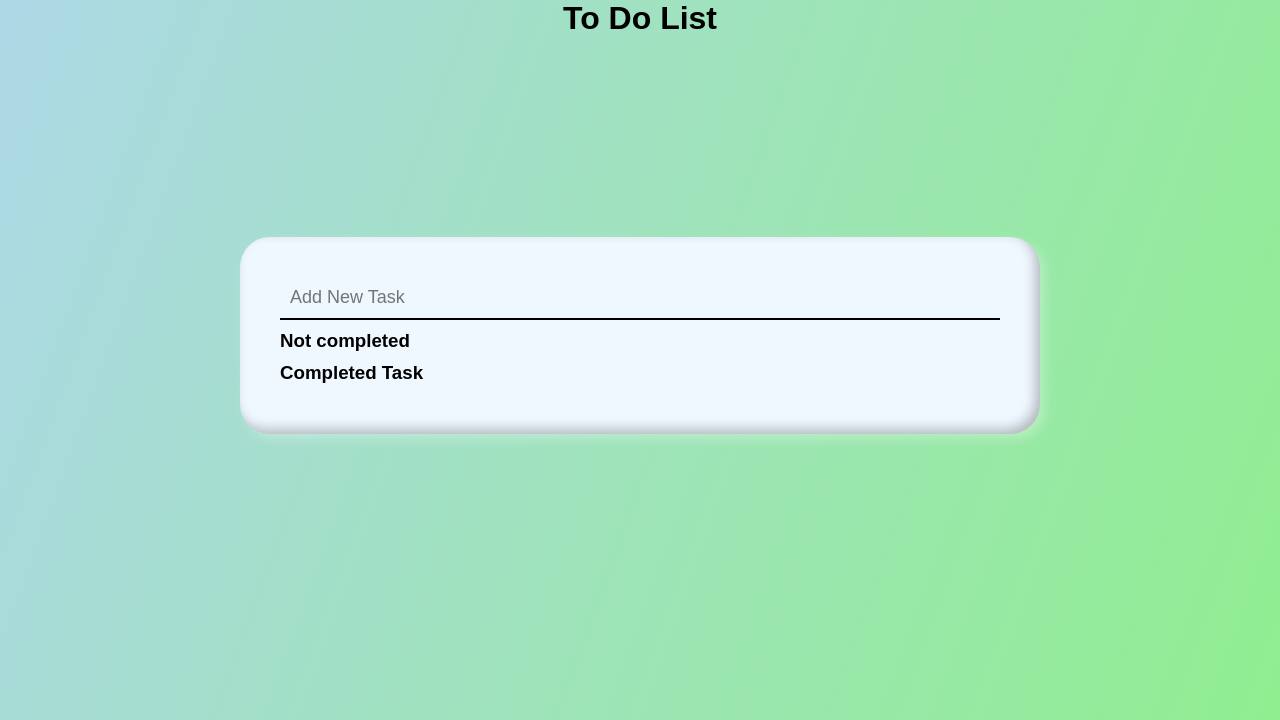
Repository: Mayur2905/OIBSIP
Page: Task-6/index.html
The author's editor kept a copy of each file at every save. The page is drawn from the files as they stood at one save, then again after the next save.
The browser window is 1280 px wide. The pictures show the whole page.

Above is the page before, as saved 2022-02-05 21:52:00.

After the next save:
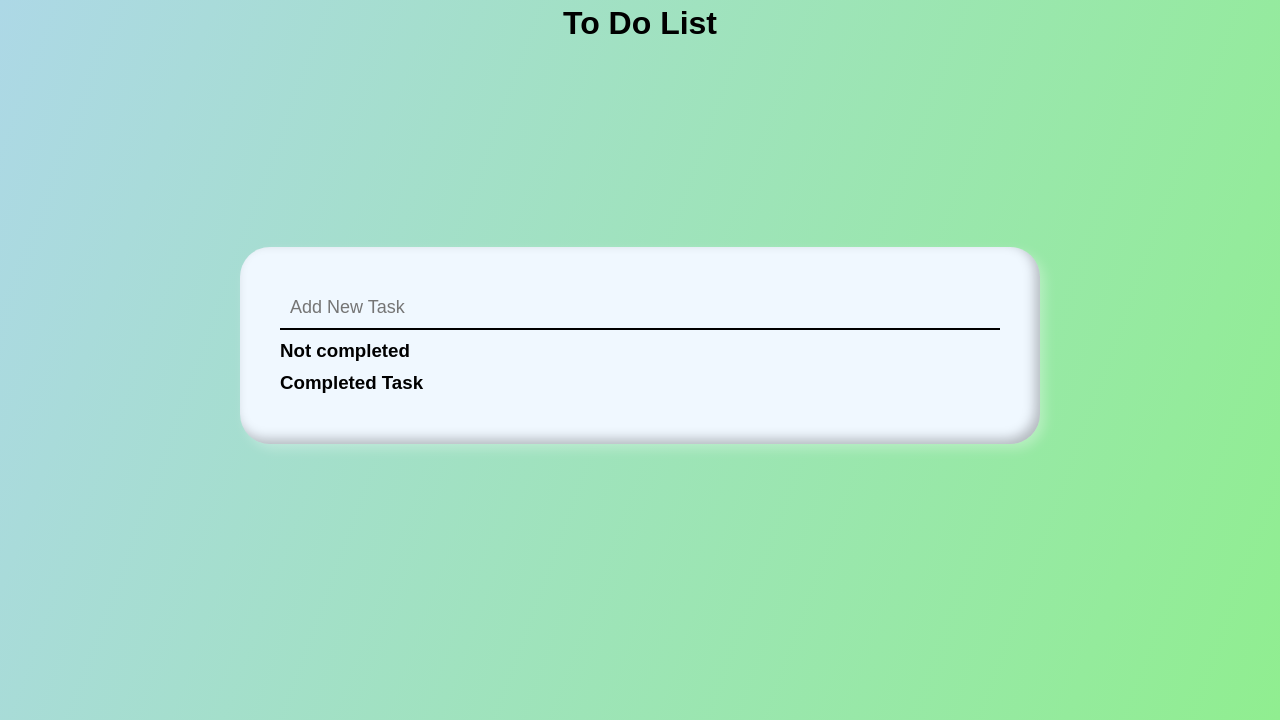
Saved 14 s later.
--- a/Task-6/style.css
+++ b/Task-6/style.css
@@ -10,7 +10,7 @@ body {
 }
 
 h1 {
-  padding: auto;
+  padding: 5px;
   text-align: center;
 }
 
